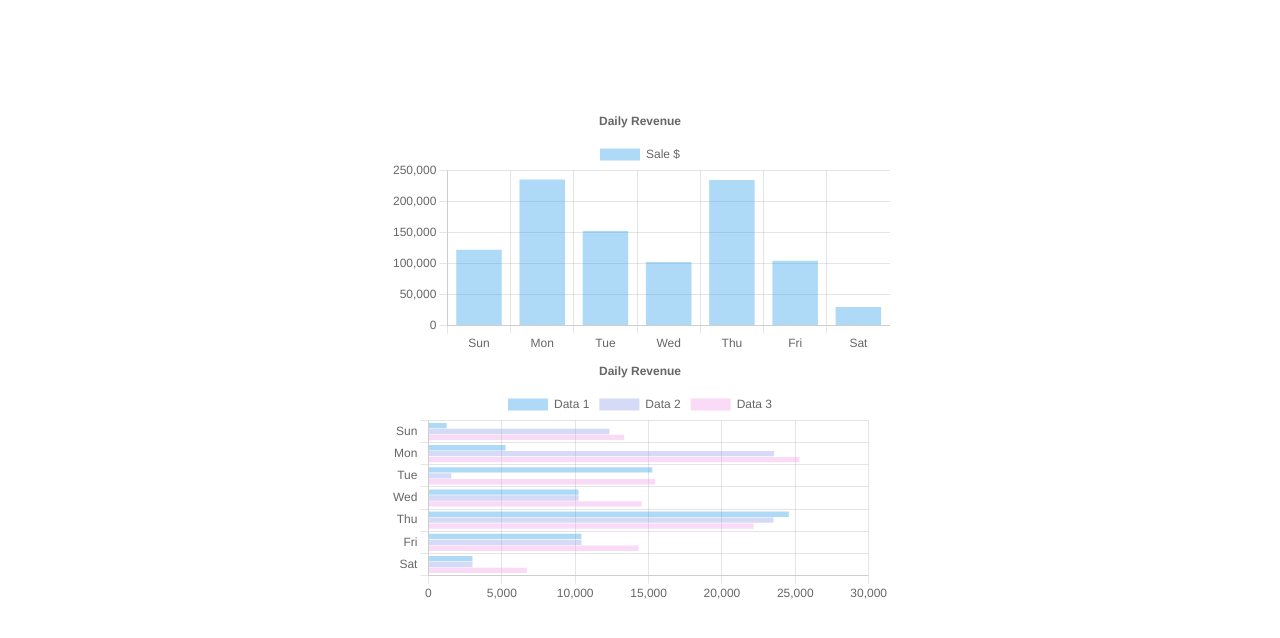
Repository: k8ANStar/exercise-5
Page: /
These files come from the project's save history. The page is drawn as it stood at one moment and after the next save; the edit follows.
The browser window is 1280 px wide. The pictures show the whole page.
The project was rebuilt for these pictures with package versions that can differ from the ones it lists, and the page was loaded fresh each time. The framework's server and built-in components were replaced by stand-ins that run in the browser. Also part of the build but not shown: next.config.mjs.

Above is the page before, as saved 2024-04-15 10:29:20.

### pages/index.js
import styles from "@/styles/Home.module.css";
import VerticalChart from "@/components/VerticalChart";
import HorizontalChart from "@/components/HorizontalChart";

export default function Home() {
	return (
		<>
			<main className={`${styles.main} `}>
				<VerticalChart />

				<HorizontalChart />
			</main>
		</>
	);
}

### styles/Home.module.css
.main {
	display: flex;
	flex-direction: column;
	justify-content: space-between;
	align-items: center;
	padding: 6rem;
	min-height: 30vh;
}

### components/VerticalChart/index.js
import styles from "./VerticalChart.module.css";
import { Bar } from "react-chartjs-2";
import {
	Chart as ChartJS,
	CategoryScale,
	LinearScale,
	BarElement,
	Title,
	Tooltip,
	Legend,
} from "chart.js";

import { useEffect, useState } from "react";

ChartJS.register(
	CategoryScale,
	LinearScale,
	BarElement,
	Title,
	Tooltip,
	Legend
);

export default function VerticalChart() {
	const [chartData, setChartData] = useState({
		datasets: [],
	});
	const [chartOptions, setChartOptions] = useState({});

	useEffect(() => {
		setChartData({
			labels: ["Sun", "Mon", "Tue", "Wed", "Thu", "Fri", "Sat"],
			datasets: [
				{
					label: "Sale $",
					data: [122340, 235256, 152455, 102430, 234561, 104326, 30000],
					borderColor: "rgb(53, 162, 235)",
					backgroundColor: "rgb(53, 162, 235, 0.4)",
				},
			],
		});

		setChartOptions({
			plugins: {
				legend: {
					postion: "top",
				},
				title: {
					display: true,
					text: "Daily Revenue",
				},
			},
			maintainAspectRatio: false,
			responsive: true,
		});
	}, []);

	return (
		<div>
			<Bar
				data={chartData}
				options={chartOptions}
				style={{ width: "500px", height: "300px" }}
			/>
		</div>
	);
}

### components/HorizontalChart/index.js
import styles from "./HorizontalChart.module.css";
import { Bar } from "react-chartjs-2";
import {
	Chart as ChartJS,
	CategoryScale,
	LinearScale,
	BarElement,
	Title,
	Tooltip,
	Legend,
} from "chart.js";

import { useEffect, useState } from "react";

ChartJS.register(
	CategoryScale,
	LinearScale,
	BarElement,
	Title,
	Tooltip,
	Legend
);

export default function HorizontalChart() {
	const [chartData, setChartData] = useState({
		datasets: [],
	});
	const [chartOptions, setChartOptions] = useState({});

	useEffect(() => {
		setChartData({
			labels: ["Sun", "Mon", "Tue", "Wed", "Thu", "Fri", "Sat"],
			datasets: [
				{
					label: "Data 1",
					data: [1240, 5256, 15255, 10230, 24561, 10426, 3000],
					borderColor: "rgb(53, 162, 235)",
					backgroundColor: "rgb(53, 162, 235, 0.4)",
				},
				{
					label: "Data 2",
					data: [12340, 23561, 1555, 10240, 23517, 10432, 3000],
					borderColor: "rgb(150, 162, 235)",
					backgroundColor: "rgb(150, 162, 235, 0.4)",
				},
				{
					label: "Data 3",
					data: [13340, 25276, 15455, 14530, 22161, 14326, 6700],
					borderColor: "rgb(240, 162, 235)",
					backgroundColor: "rgb(240, 162, 235, 0.4)",
				},
			],
		});

		setChartOptions({
			indexAxis: "y",
			plugins: {
				legend: {
					postion: "top",
				},
				title: {
					display: true,
					text: "Daily Revenue",
				},
			},
			maintainAspectRatio: true,
			responsive: true,
		});
	}, []);

	return (
		<div>
			<Bar
				data={chartData}
				options={chartOptions}
				style={{ width: "500px", height: "300px" }}
			/>
		</div>
	);
}

Loaded but not shown: pages/_app.js (common file); pages/_document.js (common file); styles/globals.css (common file); components/HorizontalChart/HorizontalChart.module.css (no stored copy; drawn as an empty file); components/VerticalChart/VerticalChart.module.css (no stored copy; drawn as an empty file)

After the next save:
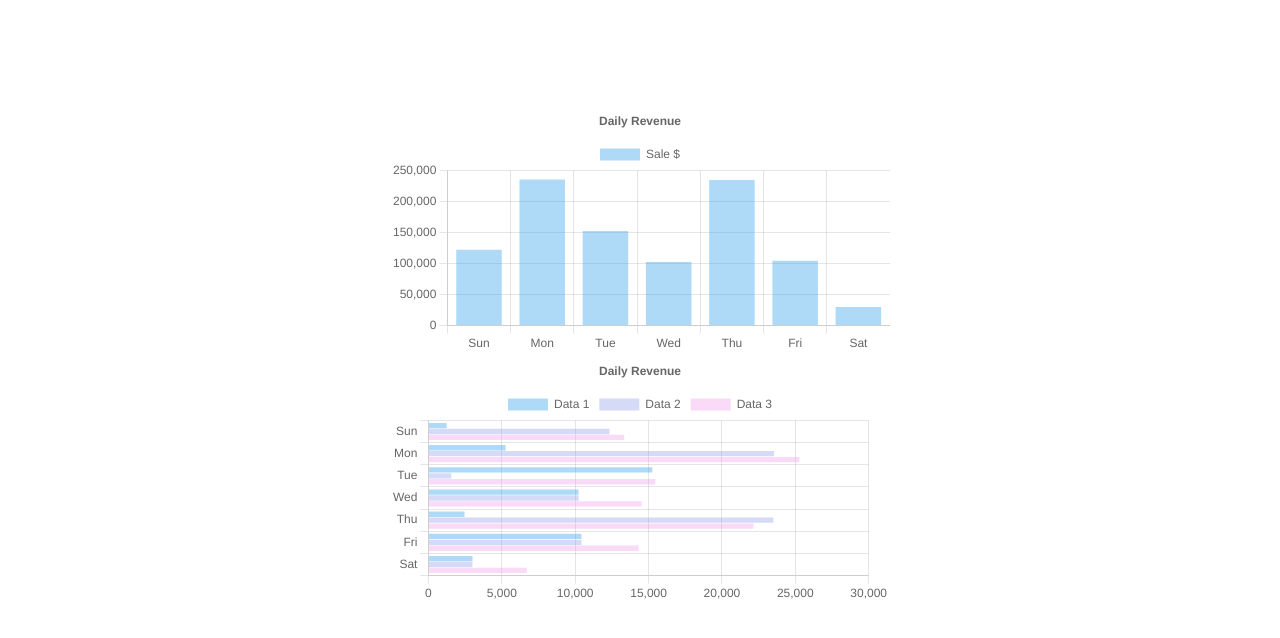
Saved 6 s later.
--- a/components/HorizontalChart/index.js
+++ b/components/HorizontalChart/index.js
@@ -33,7 +33,7 @@ export default function HorizontalChart() {
 			datasets: [
 				{
 					label: "Data 1",
-					data: [1240, 5256, 15255, 10230, 24561, 10426, 3000],
+					data: [1240, 5256, 15255, 10230, 2456, 10426, 3000],
 					borderColor: "rgb(53, 162, 235)",
 					backgroundColor: "rgb(53, 162, 235, 0.4)",
 				},
